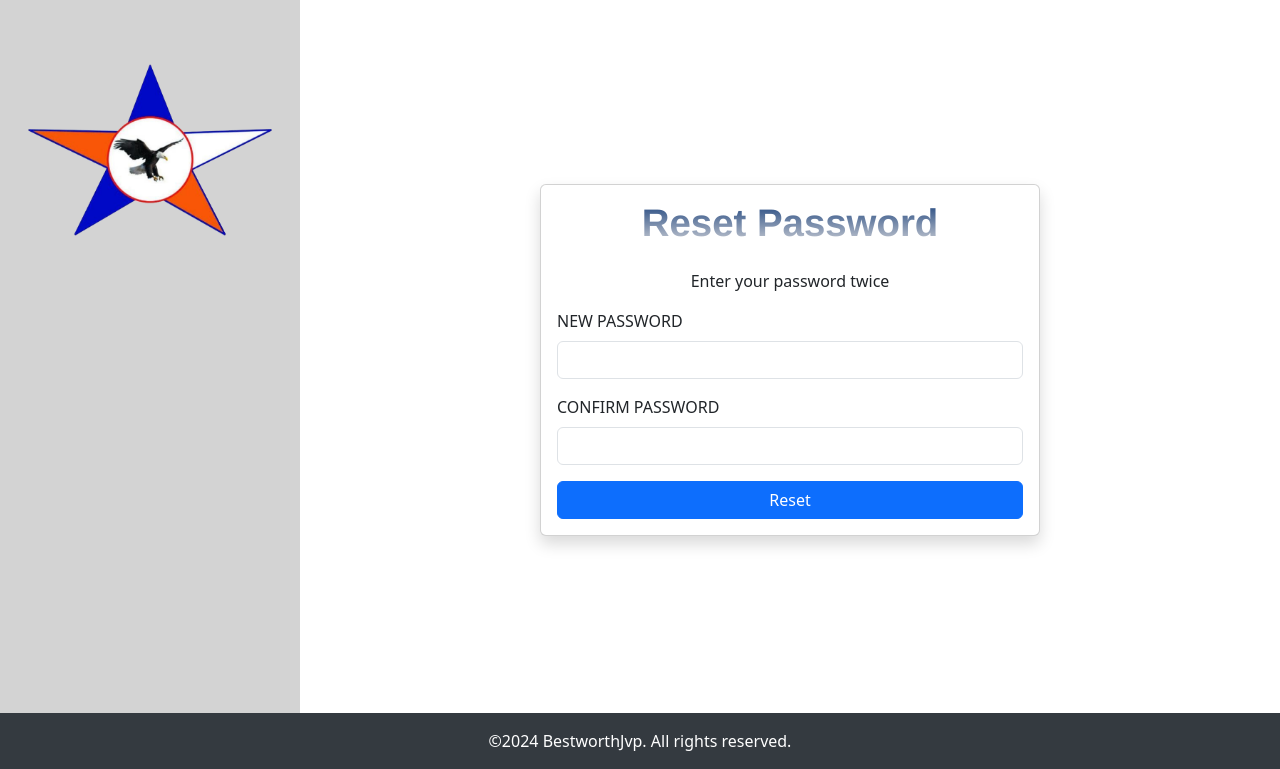
Repository: OVictor21/inventory
Page: /Reset2
An editor plug-in stored every save of this project. The page is shown before and after the next save, followed by the edit.
The browser window is 1280 px wide. The pictures show the whole page.
The project was rebuilt for these pictures with package versions that can differ from the ones it lists, and the page was loaded fresh each time. Also part of the build but not shown: src/components/login.jsx, src/components/signup.jsx, src/components/reset1.jsx.

Above is the page before, as saved 2024-12-15 15:13:28.

### src/index.css

.logo {
  background-size: cover;
  background-repeat: no-repeat;
  background-position: center;
  height: auto;
  width:9rem ;
}

.sign-in{
  width: 40vw;
  height: 65vw;
  left: 45vw;
  top: -10vw;
  overflow: hidden;
}

.login {
  display: flex;
  flex-direction: column;
  min-height: 100vh;
  overflow: hidden;

}

.nav-body {
  flex-grow: 1;
  background-color: #D3D3D3;
  width: 35vw;
  height: 65vw;
}

.text{
  top: 5vw;
  left: 6vw;
  background: linear-gradient(180deg, rgb(51, 85, 136) 13.5%, rgb(206, 208, 214) 100%);
  -webkit-background-clip: text !important;
  background-clip: text;
  -webkit-text-fill-color: transparent;
  text-fill-color: transparent;
  font-family: "Montserrat-Bold", Helvetica;
  font-weight: 700;
  color: transparent;
  font-size: 4vw;
  letter-spacing: 0;
  line-height: normal;
}



.text-wrapper-8 {
  background: linear-gradient(180deg, rgb(51, 85, 136) 13.5%, rgb(206, 208, 214) 100%);
  -webkit-background-clip: text !important;
  background-clip: text;
  -webkit-text-fill-color: transparent;
  text-fill-color: transparent;
  font-family: "Montserrat-Bold", Helvetica;
  font-weight: 600;
  color: transparent;
  font-size: 2vw;
  letter-spacing: 0;
  line-height: normal;
  top: 13vw;
  left: 6vw;
}

.email-text{
  font-size: 1.2vw;

}

.email{
  top: 17vw;
  left: 6vw;
}

.email-in{
  top: 23vw;
  left: 6vw;
  width: 80%;
  max-width: 80%;
  height: 5%;
}

.pass{
  top: 27vw;
  left: 6vw;
}

.pass-in{
  top: 33vw;
  left: 6vw;
  width: 80%;
  max-width: 80%;
  height: 5%;

}

.text-wrapper-7{
  font-family: "Montserrat-Regular", Helvetica;
  font-weight: 400;
  color: #00000061;
  font-size: 1.3vw;
  letter-spacing: 0;
  line-height: normal;
  top: 30vw;
  text-decoration: none;
  right: 2vw;
}



.sign-btn{
  background: linear-gradient(180deg, rgb(51, 85, 136) 93.5%, rgb(206, 208, 214) 97%);
  font-family: "Montserrat-Bold", Helvetica;
  font-weight: 700;
  font-size: 1.5rem;
  letter-spacing: 0;
  line-height: normal;
  width: 80%;
  height: 3rem;
  top: 42vw;
  left: 6vw;
  /* box-shadow: 0px 22px 75px #00000040; */
}


.acct{
  font-family: "Montserrat-Regular", Helvetica;
  font-weight: 700;
  color: #000000;
  font-size: 1.5vw;
  letter-spacing: 0;
  line-height: normal;
  top: 52vw;
  left: 6vw;
}

.acct-1{
  font-family: "Montserrat-Bold", Helvetica;
  font-weight: 700;
  color: rgb(51, 85, 136);
  font-size: 1.5vw;
  text-decoration: none;
  letter-spacing: 0;
  line-height: normal;
  top: 52vw;
  right: 3vw;
}



.pass-text{
font-size: 1.2vw;
}
.footer-body {
  background-color: #343a40; /* Example background color */
  text-align: center;
  padding: 1rem 0;
  margin-top: auto; /* Pushes the footer to the bottom */
}



.side{
  background-color: #D3D3D3;
}
.footers{
  top: 99vh;
  right: 0vw;
  background-color: #343a40;
}

.signuptext{
  top: 5vw;
  left: 6vw;
  background: linear-gradient(180deg, rgb(51, 85, 136) 13.5%, rgb(206, 208, 214) 100%);
  -webkit-background-clip: text !important;
  background-clip: text;
  -webkit-text-fill-color: transparent;
  text-fill-color: transparent;
  font-family: "Montserrat-Bold", Helvetica;
  font-weight: 700;
  color: transparent;
  font-size: 3vw;
  letter-spacing: 0;
  line-height: normal;
}

### src/App.js
// import Navbar from './components/navbar';
import 'bootstrap/dist/css/bootstrap.min.css';
import { BrowserRouter as Router, Route, Routes } from "react-router-dom";
// import Home from "./components/home";
import Login from "./components/login";
import Signup from './components/signup';
import Reset1 from './components/reset1';
import Reset2 from './components/reset2';



function App() {
  return (
    <div className="App">
      <Router>
      <Routes>
        {/* <Route path="/" element={<Navbar />} /> */}
        <Route path="/Login" element={<Login />} />
        <Route path="/Signup" element={<Signup/>} />
        <Route path='/Reset1' element={<Reset1/>} />
        <Route path='/Reset2' element={<Reset2 />} />
      </Routes>
    </Router>
    </div>
  );
}

export default App;

### src/components/reset2.jsx
const   Reset2 = () => {
    return (
      <div className="d-flex">
        {/* Sidebar with Logo */}
        <div className="side text-white d-flex flex-column align-items-center p-3 vh-100" style={{ width: '300px' }}>
          <a href="/" className="d-block mb-4">
            <img
              src="./logo.png" // Replace with your actual logo URL
              alt="Logo"
              className="img-fluid"
            />
          </a>
        </div>

        {/* Main Content Area with Sign-Up Form */}
        <div className="flex-grow-1 d-flex flex-column justify-content-center align-items-center p-4">
          <div className="card shadow p-3" style={{ maxWidth: '500px', width: '100%' }}>
            <h3 className="text-center mb-4 signuptext">Reset Password</h3>
            <p className="text-center">Enter your password twice </p>
            <form>

              <div className="mb-3">
                <label htmlFor="password" className="form-label">
                  NEW PASSWORD
                </label>
                <input type="password" className="form-control" id="password" required />
              </div>

              <div className="mb-3">
                <label htmlFor="Confirm password" className="form-label">
                  CONFIRM PASSWORD
                </label>
                <input type="password" className="form-control" id="Confirm password" required />
              </div>

              <div className="d-grid">
              <a href="/Login" className="btn btn-primary">Reset</a>

            </div>


            </form>
          </div>

          {/* Footer */}
          <footer className="mt-auto text-center py-3 w-100 position-absolute footers text-white ">
            <p className="mb-0">&copy;2024 BestworthJvp. All rights reserved.</p>

          </footer>
        </div>
      </div>
    );
  };

  export default Reset2;

Loaded but not shown: public/index.html (common file); src/index.js (common file); src/reportWebVitals.js (common file)

After the next save:
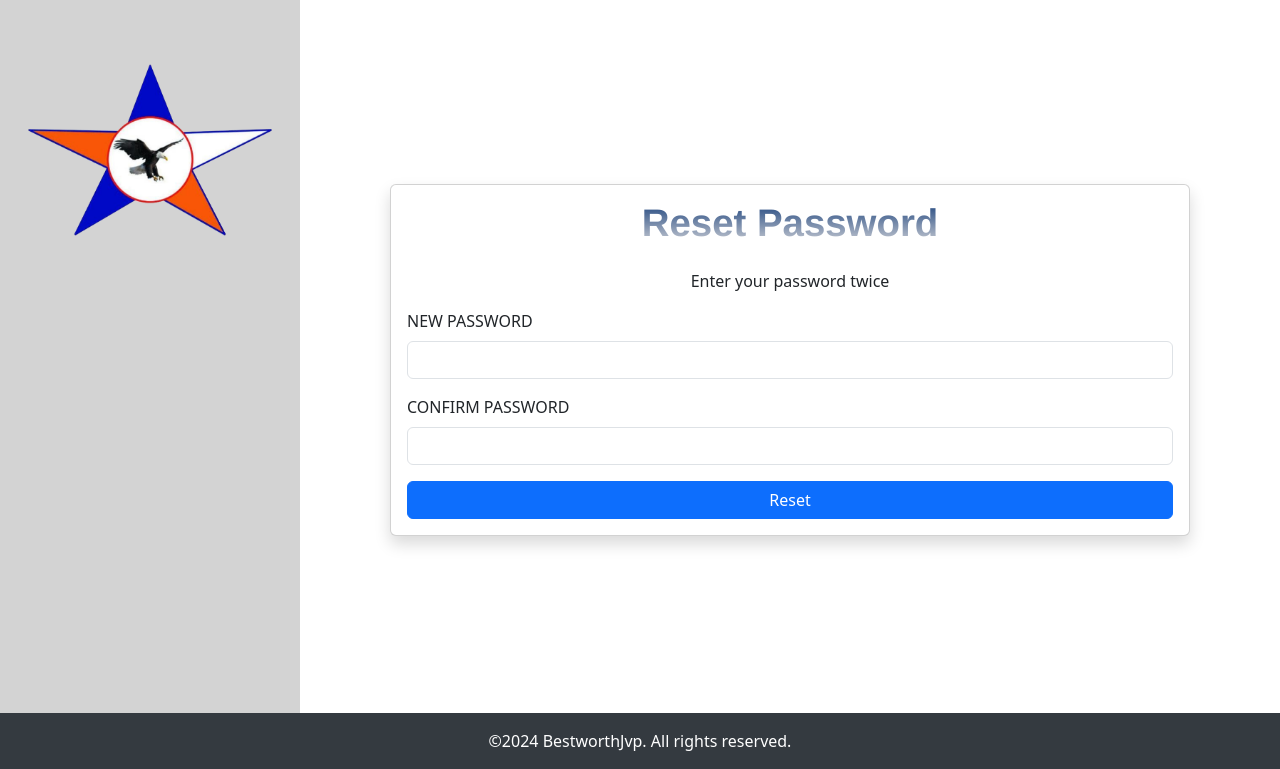
Saved 54 s later.
--- a/src/components/reset2.jsx
+++ b/src/components/reset2.jsx
@@ -14,7 +14,7 @@
 
         {/* Main Content Area with Sign-Up Form */}
         <div className="flex-grow-1 d-flex flex-column justify-content-center align-items-center p-4">
-          <div className="card shadow p-3" style={{ maxWidth: '500px', width: '100%' }}>
+          <div className="card shadow p-3" style={{ maxWidth: '800px', width: '100%' }}>
             <h3 className="text-center mb-4 signuptext">Reset Password</h3>
             <p className="text-center">Enter your password twice </p>
             <form>
